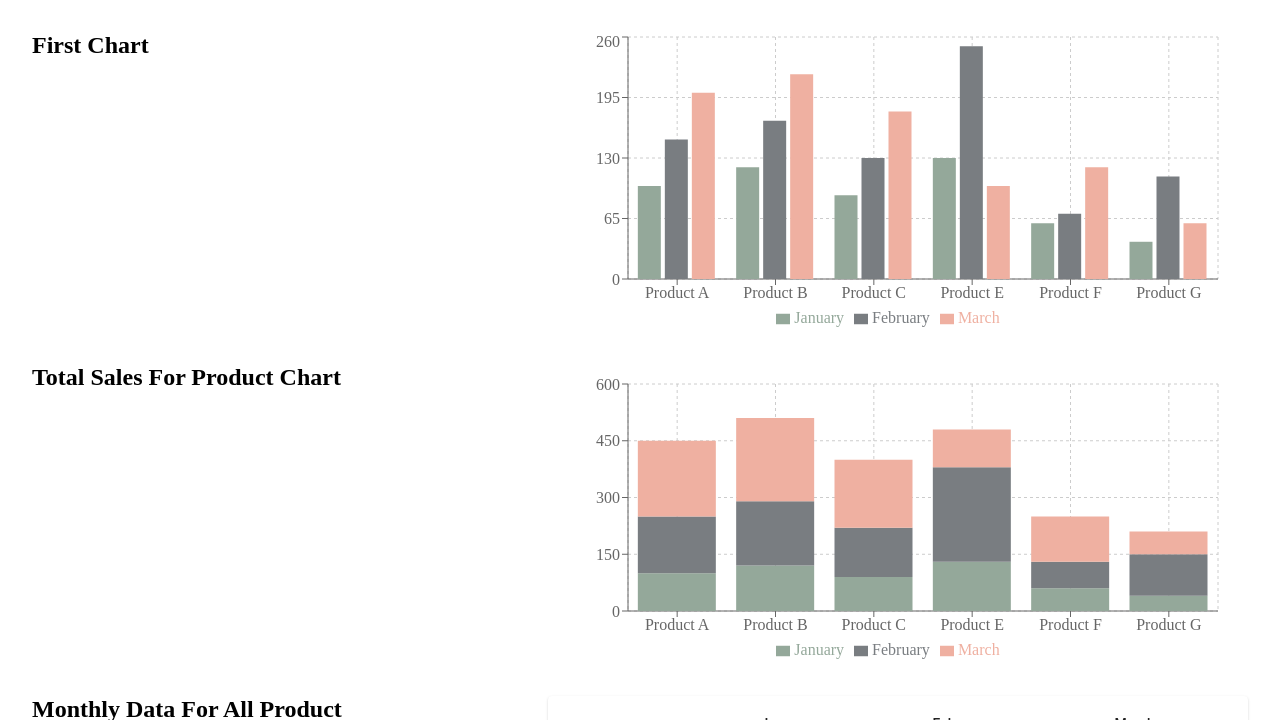
Repository: sagarjain738/test
Page: /
An editor plug-in stored every save of this project. The page is shown before and after the next save, followed by the edit.
The browser window is 1280 px wide. The pictures show the whole page.
The project was rebuilt for these pictures with package versions that can differ from the ones it lists, and the page was loaded fresh each time. Also part of the build but not shown: vite.config.js, src/index.css.

Above is the page before, as saved 2024-01-21 00:05:34.

After the next save:
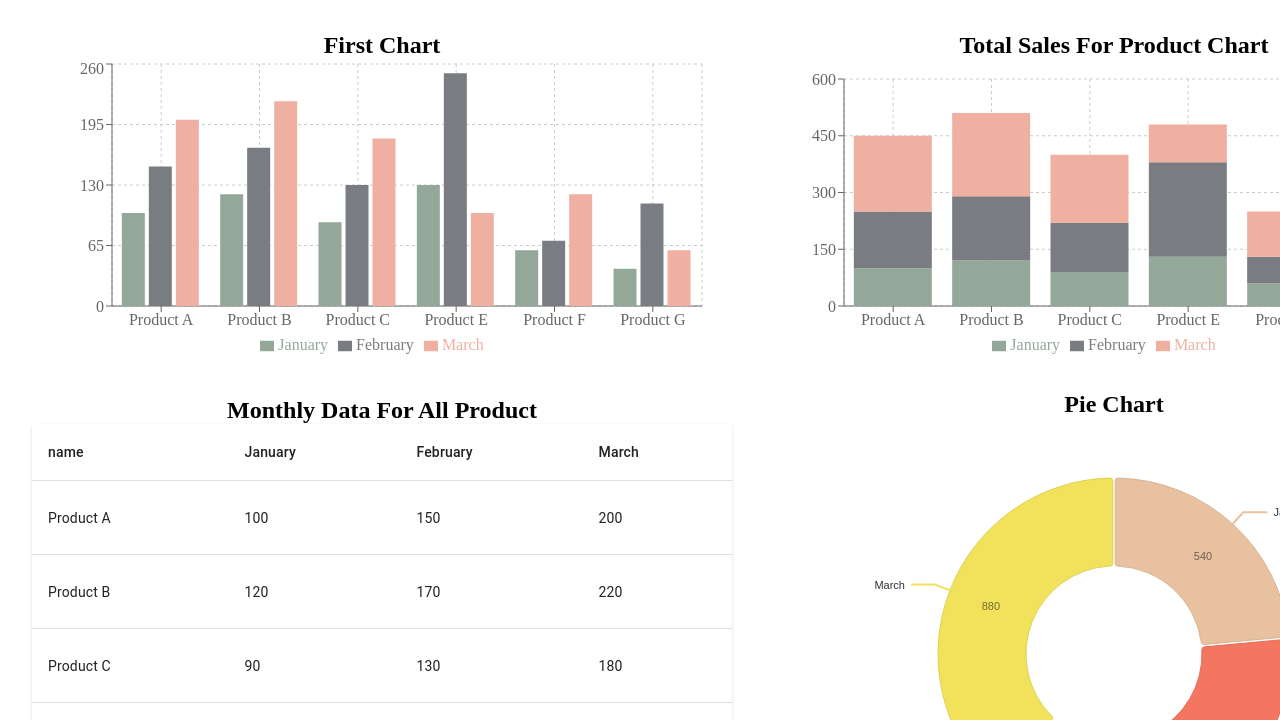
Saved 51 s later.
--- a/src/components/HigherOrder.jsx
+++ b/src/components/HigherOrder.jsx
@@ -1,10 +1,17 @@
 export default function HigherOrder(Component, heading) {
   return function internal(props) {
     return (
-      <>
+      <div
+        style={{
+          display: "flex",
+          flexDirection: "column",
+          justifyContent: "center",
+          alignItems: "center",
+        }}
+      >
         <h2>{heading}</h2>
         <Component {...props} />
-      </>
+      </div>
     );
   };
 }
